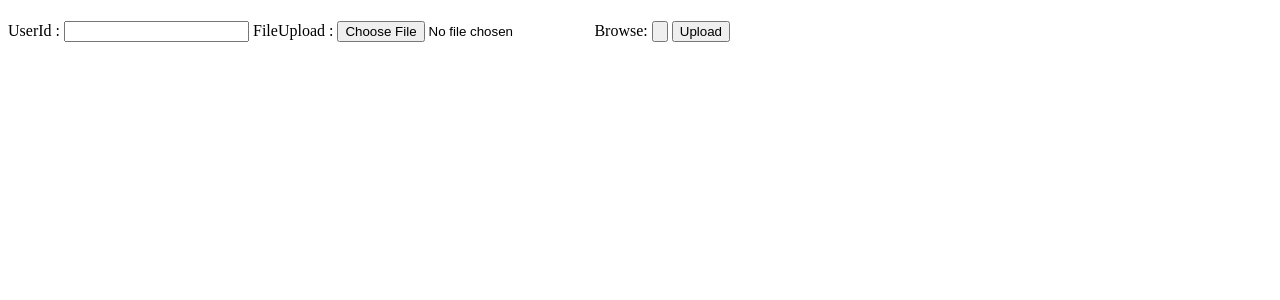
Repository: aygodbole/Coding-Assessment
Page: http://localhost/DocMgmt/resources/views/index.jsp
An editor plug-in stored every save of this project. The page is shown before and after the next save, followed by the edit.
The browser window is 1280 px wide. The pictures show the whole page.
The page is served by Tomcat 9.

Above is the page before, as saved 2017-12-20 04:31:57.

After the next save:
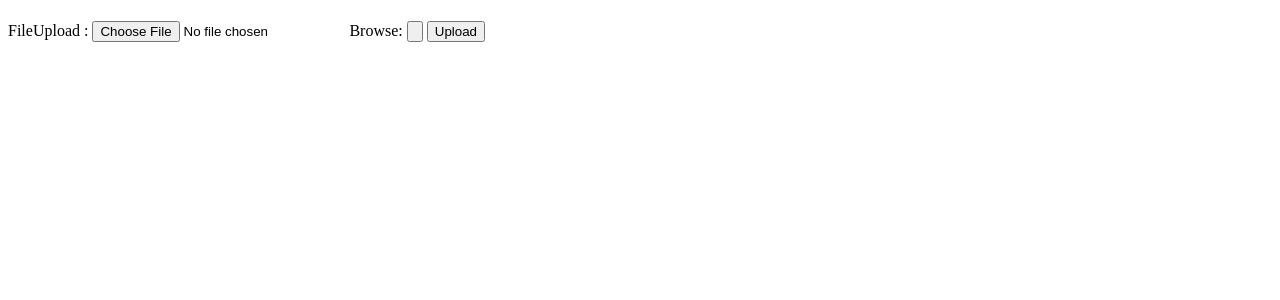
Saved 2 min 14 s later.
--- a/DocMgmt/src/main/webapp/resources/views/index.jsp
+++ b/DocMgmt/src/main/webapp/resources/views/index.jsp
@@ -10,7 +10,6 @@
 <h1>{{name}} </h1>
 </div>
 
-UserId : <input type="text" data-ng-model="fileAttUpload">
 FileUpload : <input type="file" data-ng-model="fileAttUpload" onchange="angular.element(this).scope().onFileSelect(this);">
 Browse: <input type="button" data-ng-click="clickUpload();">
 
